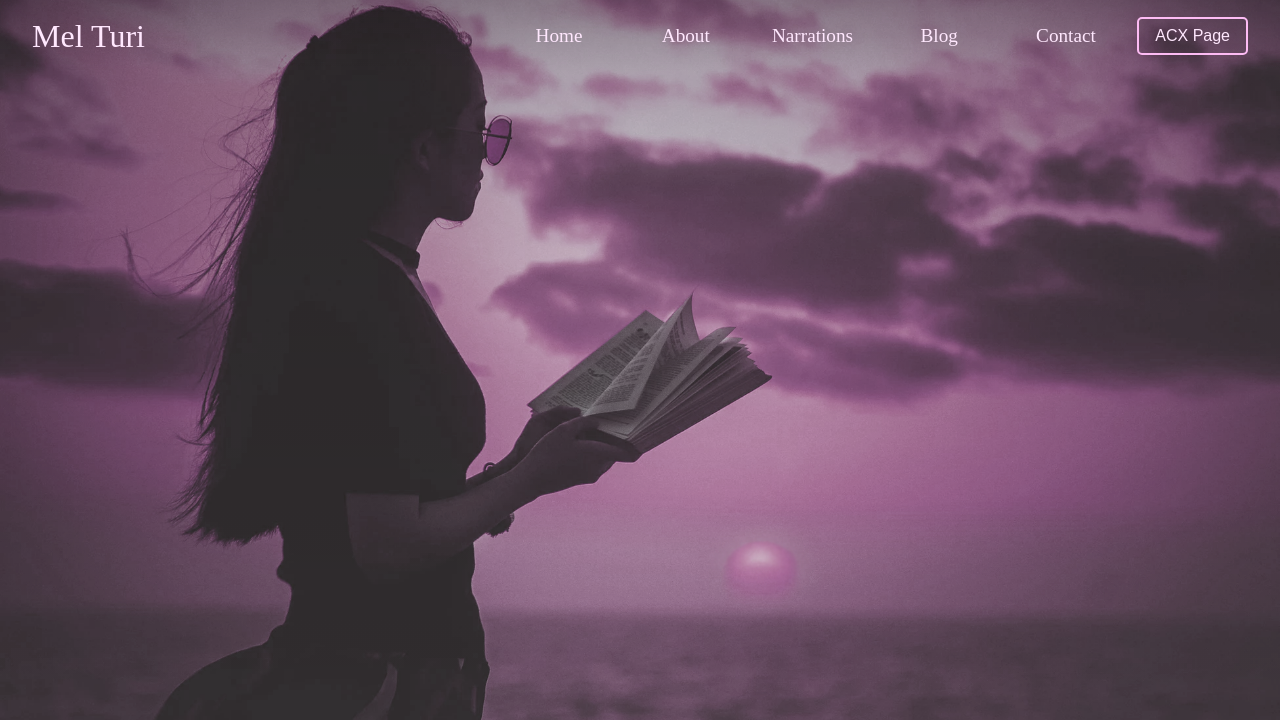
Repository: mel-turi/mel-turi-website
Page: /
An editor plug-in stored every save of this project. The page is shown before and after the next save, followed by the edit.
The browser window is 1280 px wide. The pictures show the whole page.
Some web fonts or font styles are not loaded; a fallback is used. The project was rebuilt for these pictures with package versions that can differ from the ones it lists, and the page was loaded fresh each time.

Above is the page before, as saved 2019-08-23 20:33:54.

After the next save:
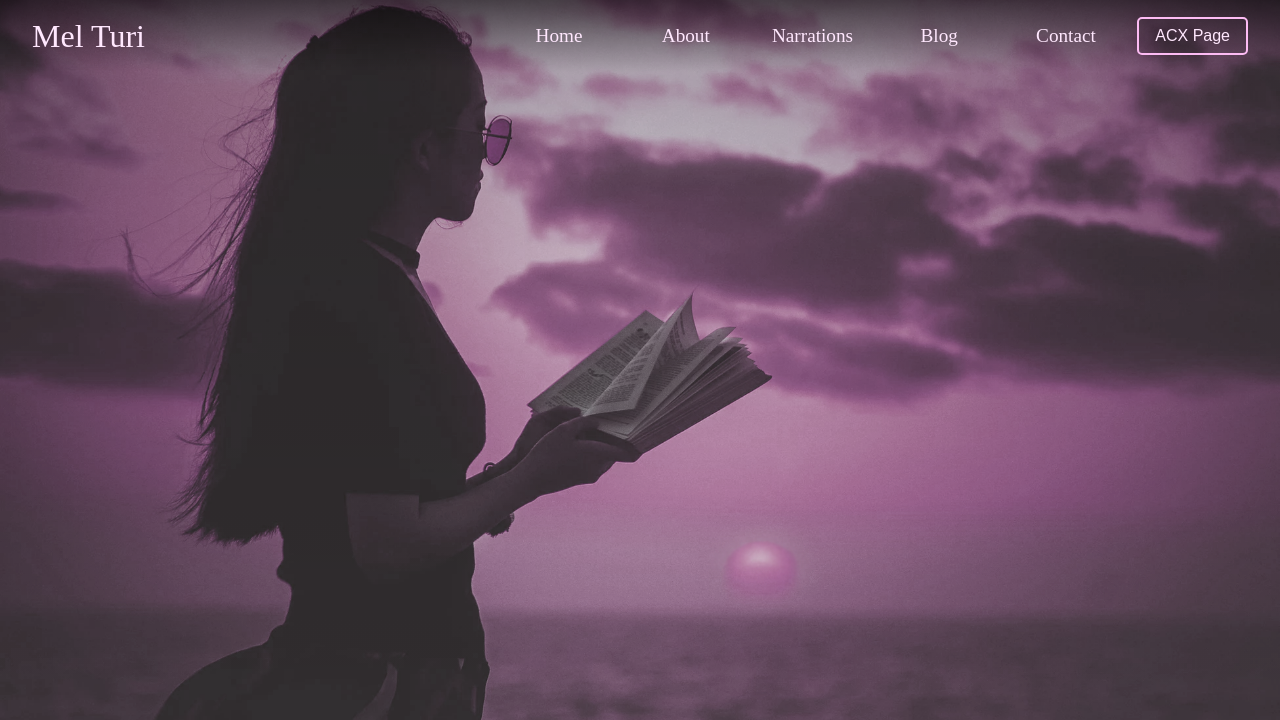
Saved 7 s later.
--- a/src/index.css
+++ b/src/index.css
@@ -49,7 +49,7 @@
   justify-content: space-between;
   margin: 0;
   padding: 0;
-  background: linear-gradient(rgba(0, 0, 0, 0.15), rgba(0, 0, 0, 0));
+  background: linear-gradient(rgba(0, 0, 0, 0.55), rgba(0, 0, 0, 0));
 }
 
 .title {
